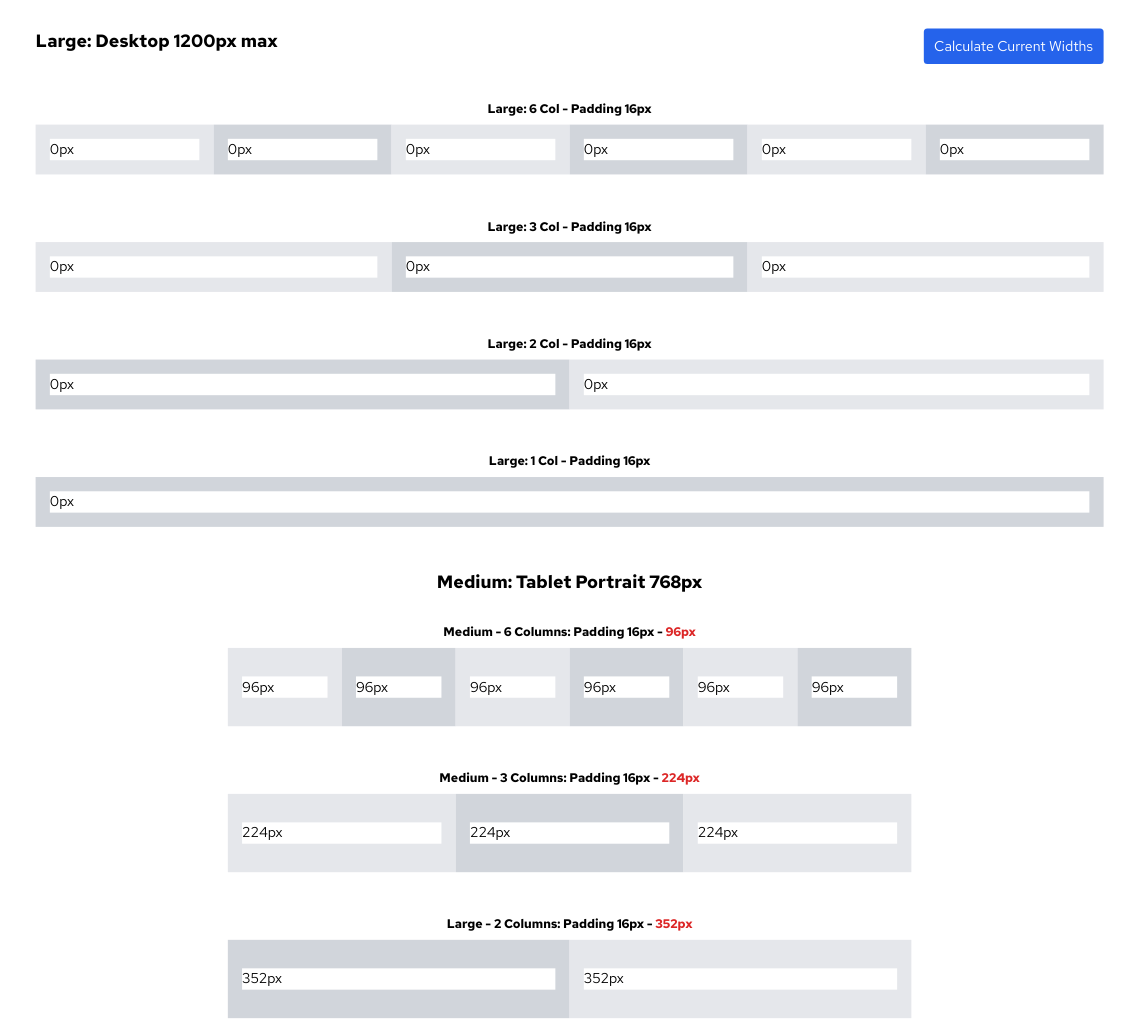
Repository: fabianwurk/vue-tailwind
Page: /
These files come from the project's save history. The page is drawn as it stood at one moment and after the next save; the edit follows.
The browser window is 1280 px wide. The pictures show the whole page, at 89% of full size.
The project was rebuilt for these pictures with package versions that can differ from the ones it lists, and the page was loaded fresh each time. Also part of the build but not shown: vite.config.js.

Above is the page before, as saved 2021-03-16 22:25:44.

### index.html
<!DOCTYPE html>
<html lang="en">
  <head>
    <link rel="preconnect" href="https://fonts.gstatic.com">
<link href="https://fonts.googleapis.com/css2?family=Red+Hat+Text:wght@400;700&display=swap" rel="stylesheet">
    <meta charset="UTF-8" />
    <link rel="icon" href="/favicon.ico" />
    <meta name="viewport" content="width=device-width, initial-scale=1.0" />
    <title>Vite App</title>
  </head>
  <body>
    <div id="app"></div>
    <script type="module" src="/src/main.js"></script>
  </body>
</html>

### src/App.vue
<template>
  <Large />
  <Medium />
</template>

<script setup>
import Large from './components/Large.vue';
import Medium from './components/Medium.vue';

</script>

### src/index.css
/* ./src/index.css */
@tailwind base;

body {
  font-family: 'Red Hat Text', sans-serif;
}
@tailwind components;
@tailwind utilities;

### src/components/Large.vue
<template>
  <div>

    <div class="container mx-auto">
      <div class="flex flex-wrap justify-between px-4 lg:px-0">
        <h1 class="text-xl font-bold mb-2 mt-8 text-center">Large: Desktop 1200px max</h1>
        <button class="bg-blue-600 hover:bg-blue-800 text-white px-3 py-2 mt-8 mb-2 rounded" @click="calculateWidth()">Calculate Current Widths</button>
      </div>
    </div>

    <div class="container mx-auto">
      <h2 class="text-sm font-bold mb-2 mt-8 text-center">Large: 6 Col - Padding 16px</h2>
      <div class="flex items-center">
        <div class="w-1/6 bg-gray-200 mb-4 mt-0 py-4 px-4">
          <span class="bg-white w-full block" ref="w6">{{width6}}px</span>
        </div>
        <div class="w-1/6 bg-gray-300 mb-4 mt-0 py-4 px-4">
          <span class="bg-white w-full block" ref="w6">{{width6}}px</span>
        </div>
        <div class="w-1/6 bg-gray-200 mb-4 mt-0 py-4 px-4">
          <span class="bg-white w-full block" ref="w6">{{width6}}px</span>
        </div>
        <div class="w-1/6 bg-gray-300 mb-4 mt-0 py-4 px-4">
          <span class="bg-white w-full block" ref="w6">{{width6}}px</span>
        </div>
        <div class="w-1/6 bg-gray-200 mb-4 mt-0 py-4 px-4">
          <span class="bg-white w-full block" ref="w6">{{width6}}px</span>
        </div>
        <div class="w-1/6 bg-gray-300 mb-4 mt-0 py-4 px-4">
          <span class="bg-white w-full block" ref="w6">{{width6}}px</span>
        </div>
      </div>
    </div>

    <div class="container mx-auto">
      <h2 class="text-sm font-bold mb-2 mt-8 text-center">Large: 3 Col - Padding 16px</h2>
      <div class="flex items-center">
        <div class="w-1/3 bg-gray-200 mb-4 mt-0 py-4 px-4">
          <span class="bg-white w-full block" ref="w3">{{width3}}px</span>
        </div>
        <div class="w-1/3 bg-gray-300 mb-4 mt-0 py-4 px-4">
          <span class="bg-white w-full block" ref="w3">{{width3}}px</span>
        </div>
        <div class="w-1/3 bg-gray-200 mb-4 mt-0 py-4 px-4">
          <span class="bg-white w-full block" ref="w3">{{width3}}px</span>
        </div>
      </div>
    </div>

    <div class="container mx-auto">
      <h2 class="text-sm font-bold mb-2 mt-8 text-center">Large: 2 Col - Padding 16px</h2>
      <div class="flex items-center">
        <div class="w-1/2 bg-gray-300 mb-4 mt-0 py-4 px-4">
          <span class="bg-white w-full block" ref="w2">{{width2}}px</span>
        </div>
        <div class="w-1/2 bg-gray-200 mb-4 mt-0 py-4 px-4">
          <span class="bg-white w-full block" ref="w2">{{width2}}px</span>
        </div>
      </div>
    </div>

    <div class="container mx-auto">
      <h2 class="text-sm font-bold mb-2 mt-8 text-center">Large: 1 Col - Padding 16px</h2>
      <div class="flex items-center">
        <div class="w-full bg-gray-300 mb-4 mt-0 py-4 px-4">
          <span class="bg-white w-full block" ref="w1">{{width1}}px</span>
        </div>
      </div>
    </div>

  </div>
</template>

<script>
export default {
  data() {
    return {
      width6: 0,
      width3: 0,
      width2: 0,
      width1: 0,
    };
  },
  methods: {
    calculateWidth() {
      this.width6 = this.$refs.w6.clientWidth;
      this.width3 = this.$refs.w3.clientWidth;
      this.width2 = this.$refs.w2.clientWidth;
      this.width1 = this.$refs.w1.clientWidth;
    }
  }
}
</script>

### src/components/Medium.vue
<template>
  <div>
  <h1 class="text-xl font-bold mb-2 mt-8 text-center">Medium: Tablet Portrait 768px</h1>
  <div class="max-w-3xl mx-auto">
    <h2 class="text-sm font-bold mb-2 mt-8 text-center">Medium - 6 Columns: Padding 16px - <span class="text-red-600">{{ sixColMd }}</span></h2>
    <div class="flex items-center">
      <div class="w-1/6 bg-gray-200 mb-4 mt-0 py-8 px-4">
        <span class="bg-white w-full block">{{ sixColMd }}</span>
      </div>
      <div class="w-1/6 bg-gray-300 mb-4 mt-0 py-8 px-4">
        <span class="bg-white w-full block">{{ sixColMd }}</span>
      </div>
      <div class="w-1/6 bg-gray-200 mb-4 mt-0 py-8 px-4">
        <span class="bg-white w-full block">{{ sixColMd }}</span>
      </div>
      <div class="w-1/6 bg-gray-300 mb-4 mt-0 py-8 px-4">
        <span class="bg-white w-full block">{{ sixColMd }}</span>
      </div>
      <div class="w-1/6 bg-gray-200 mb-4 mt-0 py-8 px-4">
        <span class="bg-white w-full block">{{ sixColMd }}</span>
      </div>
      <div class="w-1/6 bg-gray-300 mb-4 mt-0 py-8 px-4">
        <span class="bg-white w-full block">{{ sixColMd }}</span>
      </div>
    </div>
  </div>

  <div class="max-w-3xl mx-auto">
    <h2 class="text-sm font-bold mb-2 mt-8 text-center">Medium - 3 Columns: Padding 16px - <span class="text-red-600">{{ threeColMd }}</span></h2>
    <div class="flex items-center">
      <div class="w-1/3 bg-gray-200 mb-4 mt-0 py-8 px-4">
        <span class="bg-white w-full block">{{ threeColMd }}</span>
      </div>
      <div class="w-1/3 bg-gray-300 mb-4 mt-0 py-8 px-4">
        <span class="bg-white w-full block">{{ threeColMd }}</span>
      </div>
      <div class="w-1/3 bg-gray-200 mb-4 mt-0 py-8 px-4">
        <span class="bg-white w-full block">{{ threeColMd }}</span>
      </div>
    </div>
  </div>

  <div class="max-w-3xl mx-auto">
    <h2 class="text-sm font-bold mb-2 mt-8 text-center">Large - 2 Columns: Padding 16px - <span class="text-red-600">{{ twoColMd }}</span></h2>
    <div class="flex items-center">
      <div class="w-1/2 bg-gray-300 mb-4 mt-0 py-8 px-4">
        <span class="bg-white w-full block">{{ twoColMd }}</span>
      </div>
      <div class="w-1/2 bg-gray-200 mb-4 mt-0 py-8 px-4">
        <span class="bg-white w-full block">{{ twoColMd }}</span>
      </div>
    </div>
  </div>

  </div>
</template>

<script>
export default {
  data() {
    return {
      sixColMd: "96px",
      threeColMd: "224px",
      twoColMd: "352px",
    };
  },
}
</script>

### tailwind.config.js
module.exports = {
  purge: ['./index.html', './src/**/*.{vue,js,ts,jsx,tsx}'],
  darkMode: false, // or 'media' or 'class'
  theme: {
    extend: {
      container: {
        'md': {'max': '768px'},
      },
      screens: {
        'xl': {'min': '1200px', 'max': '1280px'},
        '2xl': {'max': '1280px'},
      },
    },
  },
  variants: {
    extend: {},
  },
  plugins: [],
}

Loaded but not shown: src/main.js (common file)

After the next save:
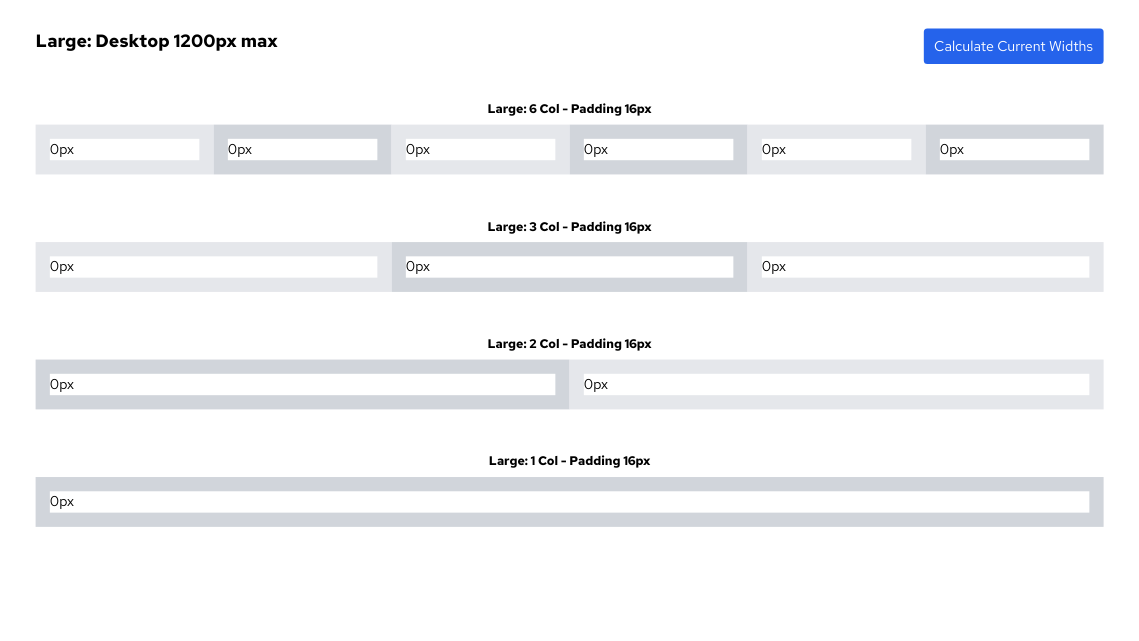
Saved 3 min 48 s later.
--- a/src/App.vue
+++ b/src/App.vue
@@ -1,10 +1,10 @@
 <template>
   <Large />
-  <Medium />
+  <!--<Medium />-->
 </template>
 
 <script setup>
 import Large from './components/Large.vue';
-import Medium from './components/Medium.vue';
+// import Medium from './components/Medium.vue';
 
 </script>
